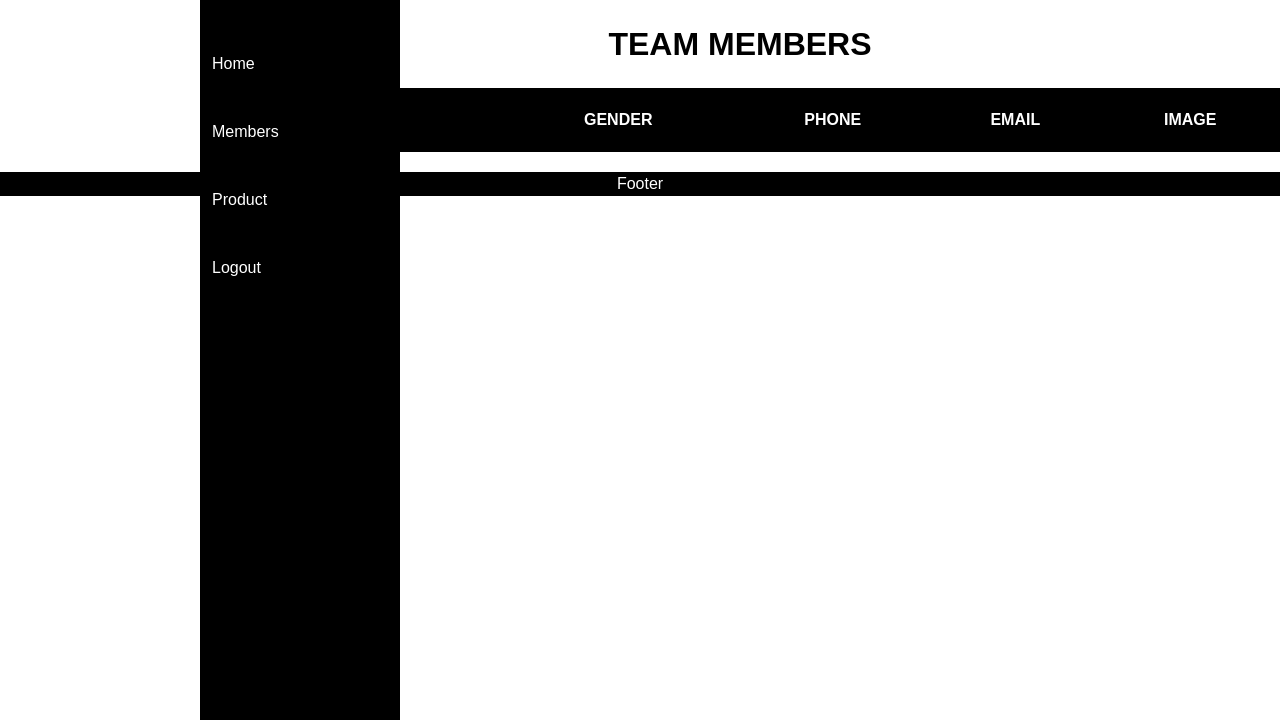
Repository: Eugene44-hub/SHRGroup46-capstone
Page: /members
An editor plug-in stored every save of this project. The page is shown before and after the next save, followed by the edit.
The browser window is 1280 px wide. The pictures show the whole page.
The page's requests for data from a server got no answer. The project was rebuilt for these pictures with package versions that can differ from the ones it lists, and the page was loaded fresh each time. No one was signed in, and anything a server would have sent is missing.

Above is the page before, as saved 2022-05-19 16:14:31.

### src/index.css
@tailwind base;
@tailwind components;
@tailwind utilities;
@import url('https://fonts.googleapis.com/css2?family=Poppins:wght@300;400;500;700&display=swap');
body {
    font-family: 'Poppins', sans-serif;
}

code {
    font-family: source-code-pro, Menlo, Monaco, Consolas, 'Courier New', monospace;
}

* {
    margin: 0;
    padding: 0;
    box-sizing: border-box;
}

@layer components {
    .tax {
        @apply text-sm font-medium
    }
    .taxPrice {
        @apply font-extralight
    }
}

### src/App.js
import React from 'react'
import { lazy, Suspense, useEffect, useState } from "react";
import { Route, Routes,BrowserRouter as Router } from "react-router-dom";

//read through comments on each component and pages to understand properly

// only tailwind and css modules are used in this project, any additional libraries should be told to the lead before installation

//Note: you can use normal import statement on the pages. Lazy load is for only Routing pages

// API's too have been fetched in utility folder you can import and use with the syntax below

import { fetchAllData,fetchCompanyQuantity,fetchPersonQuantity,fetchProductQuantity } from "./utilities/apis";
// fetchAllData(input endpoint here to fetch all data).then(data =>console.log(data) )
// fetchPersonQuantity(input quantity here to fetch an amount of data).then(data =>console.log(data) )
// fetchProductQuantity(input quantity here to fetch an amount of data).then(data =>console.log(data) )
// fetchCompanyQuantity(input quantity here to fetch an amount of data).then(data =>console.log(data) )

// endpoints are as follows:
// https://fakerapi.it/api/v1/products?_quantity=1
// https://fakerapi.it/api/v1/companies?_quantity=1
// https://fakerapi.it/api/v1/persons?_quantity=10
// https://fakerapi.it/api/v1/products
// https://fakerapi.it/api/v1/companies
// https://fakerapi.it/api/v1/persons

// check utilities folder for more details on the api functions

// happy coding


const Nav=lazy(()=>import('./components/nav/Nav'));
const Home=lazy(()=>import('./pages/home/Home'));
const Dashboard=lazy(()=>import('./pages/dashboard/Dashboard'))
const Members=lazy(()=>import('./pages/members/Members'))
const Product=lazy(()=>import('./pages/product/Product'))
const Login=lazy(()=>import('./pages/login/Login'))
const Footer=lazy(()=>import('./components/footer/Footer'))



const quantity = 12;

function App() {

  const[products, setProducts] = useState('')
  const [members,setMembers]=useState(null)

  useEffect(() => {
    fetchProductQuantity(quantity).then(data =>setProducts(data.data) )
    fetchAllData("https://fakerapi.it/api/v1/persons").then(data =>setMembers(data))
  }, [])

  return (
    <div className="App">

<Suspense fallback={<h1>Loading...</h1>}>
  <Router>
    <div className='ml-[200px]'>


  <Nav/>

<Routes>
<Route path="/" element={<Home/>} />
<Route path="/product" element={<Product products = {products}/>} />
<Route path="/dashboard" element={<Dashboard/>} />
<Route path="/login" element={<Login/>} />
<Route path="/members" element={<Members members={members}/>} />
</Routes>
</div>
</Router>
<Footer/>
</Suspense>
    </div>
  );
}

export default App;

### src/utilities/apis.js
//this function takes in the url as an argument in string format

export const fetchAllData = async(url) => {
    const response = await fetch(url);
    const data = await response.json();
    return data;
}

//

// this part take in the quantity as an argument in integer format
export const fetchPersonQuantity = async(quantity) => {
    const response = await fetch(`https://fakerapi.it/api/v1/persons?_quantity=${quantity}`);
    const data = await response.json();
    return data;
}

export const fetchCompanyQuantity = async(quantity) => {

    const response = await fetch(`https://fakerapi.it/api/v1/companies?_quantity=${quantity}`);
    const data = await response.json();
    return data;
}

export const fetchProductQuantity = async(quantity) => {
    const response = await fetch(`https://fakerapi.it/api/v1/products?_quantity=${quantity}`);
    const data = await response.json();
    return data;
}



// https://fakerapi.it/api/v1/products?_quantity=1
// https://fakerapi.it/api/v1/companies?_quantity=1
// https://fakerapi.it/api/v1/persons?_quantity=10

### src/components/nav/Nav.jsx
import React from 'react'
import { useNavigate } from 'react-router-dom'

import styles from './Nav.module.css'
const navItems=[{
  item:'Home',
  url:'/'
},
{
  item:'members',
  url:'/'
},
{
  item:'product',
  url:'/'
},
{
  item:'logout',
  url:'/'
}]
const Nav = () => {
  const navigate=useNavigate()
  return (
    <nav className={`${styles.nav} `}>
      <div className='fixed md:w-[200px] bg-black z-50 pt-5 top-0 h-full'>
      <ul>

{navItems.map((navItem,index)=>(<li className='my-5 p-3 transition-all hover:bg-gray-200 hover:text-black'>
  <button className='capitalize ' onClick={()=>navigate(navItem.url)}>{navItem.item}</button>
</li>))}
<li>

</li>
</ul>
      </div>

    </nav>
  )
}

export default Nav

### src/pages/members/Members.jsx
import React from 'react'
//components should be imported from here if needed
// make use of your normal import statement here to import components
// make use of the css module folder or tailwind or you can use inline styles
// check the sample on nav and footer for css modules


const Members = ({members}) => {

console.log(members);
  return (
    <section className='my-5'>
    <div className='container'>
    <header className='md:text-[2rem] text-center font-bold uppercase mb-5'>
      Team members
    </header>
<table className='w-full text-white'>
 <thead>


    <tr className='bg-black border-white'>
      <th className='text-center  py-5 text-[.5rem] md:text-[1rem] uppercase'>fullname</th>
      <th className='text-center py-5 text-[.5rem] md:text-[1rem] uppercase'>gender</th>
      <th className='text-center py-5 text-[.5rem] md:text-[1rem] uppercase'>phone</th>
      <th className='text-center py-5 text-[.5rem] md:text-[1rem] uppercase'>email</th>
      <th className='text-center py-5 text-[.5rem] md:text-[1rem] uppercase'>image</th>
    </tr>
    </thead>

<tbody>
  {members&&members.data.map((member,index) => (
      <tr key={index} style={{backgroundColor:index%2===0?"lightgrey":"black", color:index%2===0?"black":"white"}} className="py-5 shadow-lg mb-5">
      <td className=' text-center text-[.5rem] md:text-[1rem]'>
      {member.firstname} {member.lastname}
      </td>
      <td className=' text-center text-[.5rem] md:text-[1rem] capitalize'>
      {member.gender}
      </td>
      <td className=' text-center text-[.5rem] md:text-[1rem]'>
      {member.phone}
      </td>
      <td className=' text-center text-[.5rem] md:text-[1rem]'>
      {member.email}
      </td>
      <td className=' py-2  text-center text-[.5rem] md:text-[1rem]'>
      <img src={member.image} className="w-[50px] mx-auto h-[50px] rounded-full" alt="" />
      </td>
      </tr>
      ))}
</tbody>

</table>

    </div>

    </section>
  )
}

export default Members

### src/components/footer/Footer.jsx
import React from 'react'
import styles from "./Footer.module.css"
const Footer = () => {
  return (
    <footer className={styles.footer}>Footer</footer>
  )
}

export default Footer

### src/components/nav/Nav.module.css
/** @format */

nav {
    /* height: 300px; */
    background-color: black;
    color: white;
}

### src/components/footer/Footer.module.css
/** @format */

footer {
  /* height: 300px; */
  background-color: black;
  color: white;
  text-align: center;
}

Loaded but not shown: public/index.html (common file); src/index.js (common file); tailwind.config.js (common file)

After the next save:
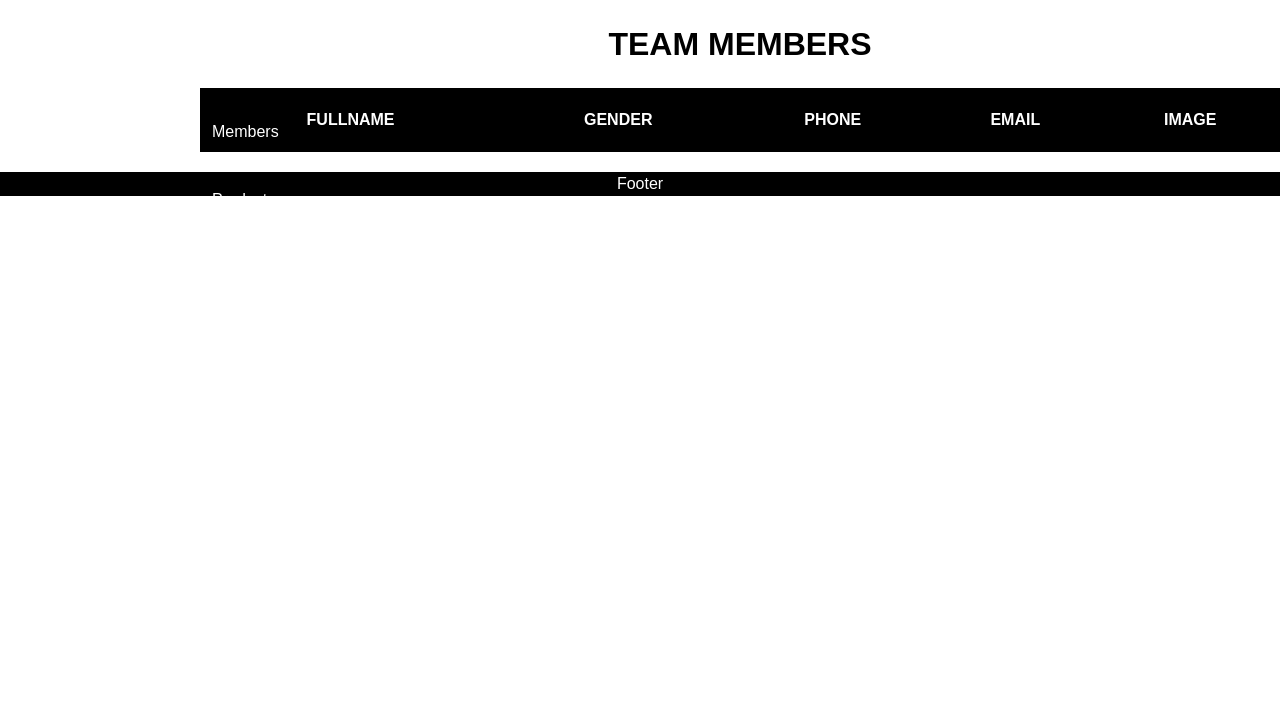
Saved 14 s later.
--- a/src/components/nav/Nav.jsx
+++ b/src/components/nav/Nav.jsx
@@ -22,7 +22,7 @@ const Nav = () => {
   const navigate=useNavigate()
   return (
     <nav className={`${styles.nav} `}>
-      <div className='fixed md:w-[200px] bg-black z-50 pt-5 top-0 h-full'>
+      <div style={{width:0}} className='fixed md:w-[200px] bg-black z-50 pt-5 top-0 h-full'>
       <ul>
 
 {navItems.map((navItem,index)=>(<li className='my-5 p-3 transition-all hover:bg-gray-200 hover:text-black'>
